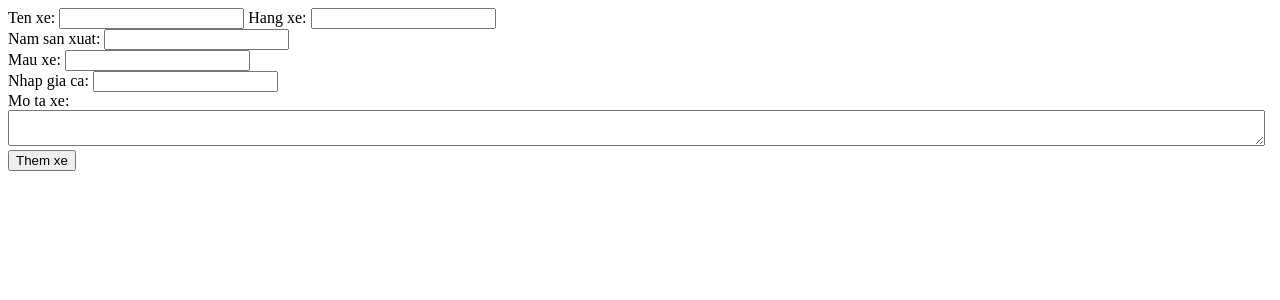
Repository: vule2809/LTW-20146307
Page: http://localhost/A-banxemay/views/product/addProduct.jsp
An editor plug-in stored every save of this project. The page is shown before and after the next save, followed by the edit.
The browser window is 1280 px wide. The pictures show the whole page.
The page is served by Tomcat 9. Nobody is signed in. The application's start-up code is not run.

Above is the page before, as saved 2023-12-05 05:55:12.

After the next save:
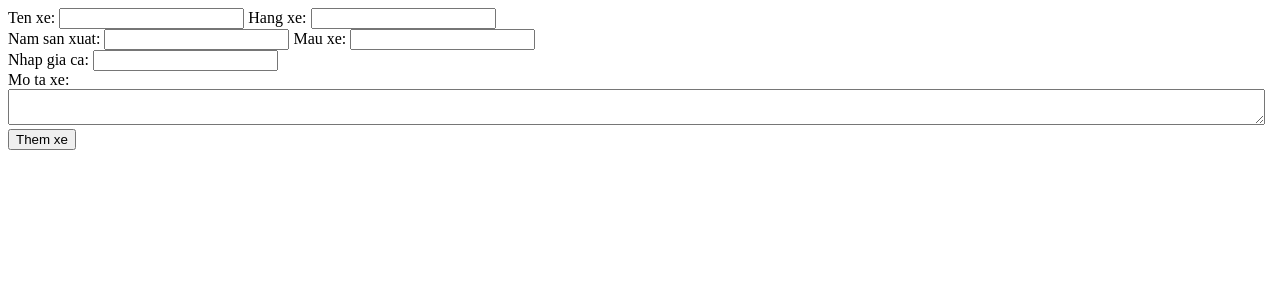
Saved 22 s later.
--- a/A-banxemay/src/main/webapp/views/product/addProduct.jsp
+++ b/A-banxemay/src/main/webapp/views/product/addProduct.jsp
@@ -11,7 +11,7 @@
 	<form action="add" method="post">
 		<label>Ten xe:</label> <input type="text" name="ProductName">
 		<label>Hang xe:</label> <input type="text" name="Brand"><br>
-		<label>Nam san xuat:</label> <input type="text" name="Year"><br>
+		<label>Nam san xuat:</label> <input type="text" name="Year">
 		<label>Mau xe:</label> <input type="text" name="Color"><br>
 		<label>Nhap gia ca:</label> <input type="text" name="Price"><br>
 		<label>Mo ta xe:</label> <textarea name="Description" cols="5" class="form-control" style="width:99%;"></textarea><br>
